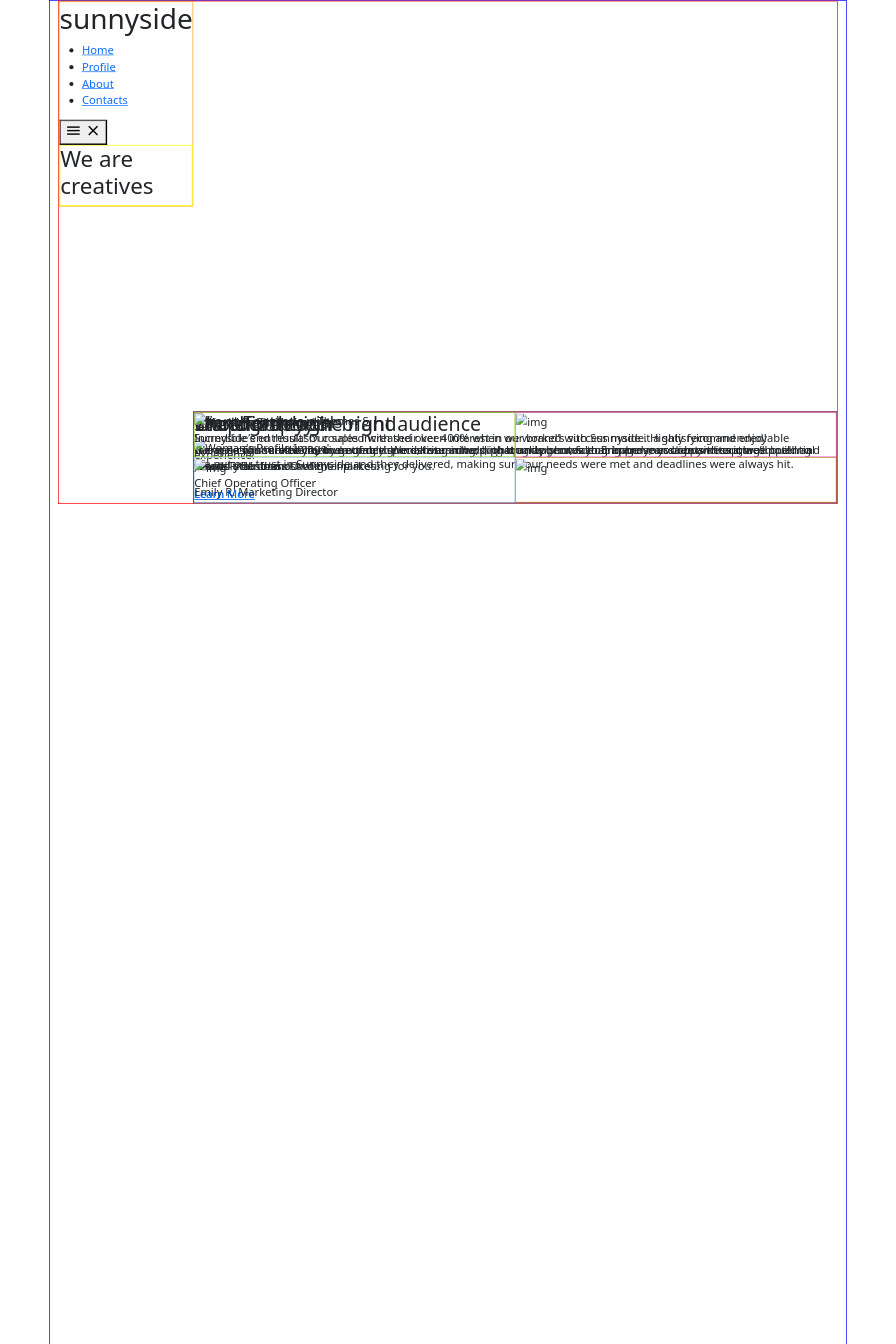
Repository: Roshanell/Sunny-Side-Agency
Page: index.html
These files come from the project's save history. The page is drawn as it stood at one moment and after a run of saves; the edit follows.
The browser window is 1280 px wide. The pictures show the part of the page from y = 0 to 1920 px (the page is 8632 px tall before and 4970 px after), at 70% of full size.

Above is the page before, as saved 2022-07-01 13:32:31.

After the next 2 saves:
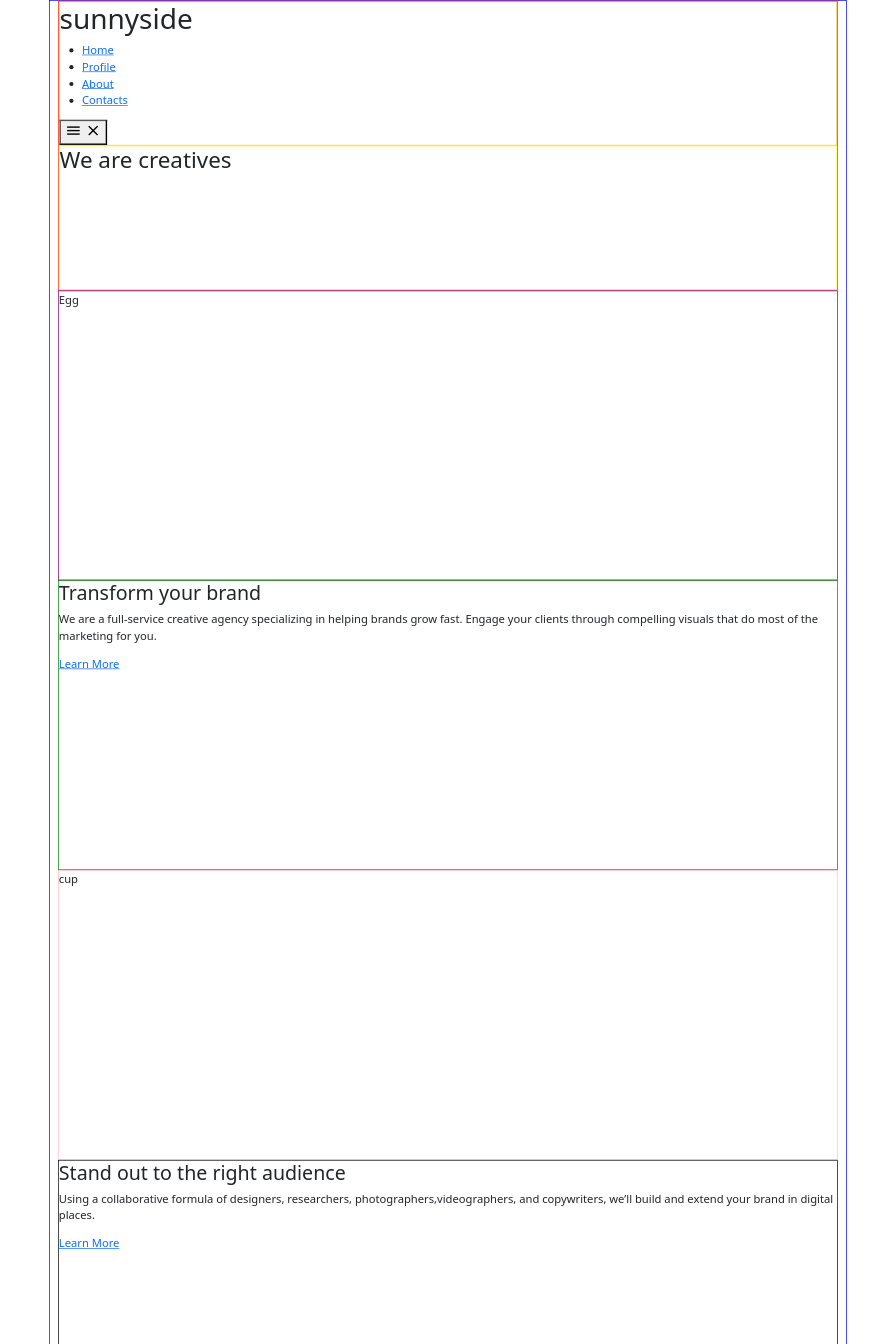
The 2 saves are shown as one change because they came seconds apart.
The last was saved 6 s later.
--- a/index.html
+++ b/index.html
@@ -17,17 +17,18 @@
         <div class="header">
           <h1>sunnyside</h1>
 
-        <ul class="menu">
-          <li><a class="menuItem" href="#">Home</a></li>
-          <li><a class="menuItem" href="#">Profile</a></li>
-          <li><a class="menuItem" href="#">About</a></li>
-          <li><a class="menuItem" href="#">Contacts</a></li>
-        </ul>
-        <button class="hamburger">
-          <!-- material icons https://material.io/resources/icons/ -->
-          <i class="menuIcon material-icons">menu</i>
-          <i class="closeIcon material-icons">close</i>
-        </button>
+          <ul class="menu">
+            <li><a class="menuItem" href="#">Home</a></li>
+            <li><a class="menuItem" href="#">Profile</a></li>
+            <li><a class="menuItem" href="#">About</a></li>
+            <li><a class="menuItem" href="#">Contacts</a></li>
+          </ul>
+          <button class="hamburger">
+            <!-- material icons https://material.io/resources/icons/ -->
+            <i class="menuIcon material-icons">menu</i>
+            <i class="closeIcon material-icons">close</i>
+          </button>
+        </div>
         <div class="homeContent">
           <h2>We are creatives</h2>
         </div>
@@ -126,7 +127,7 @@
         <div class="pinterest">
           <img src="#" alt="#">
         </div> -->
-      </div>
+    </div>
     </div>
 
 
